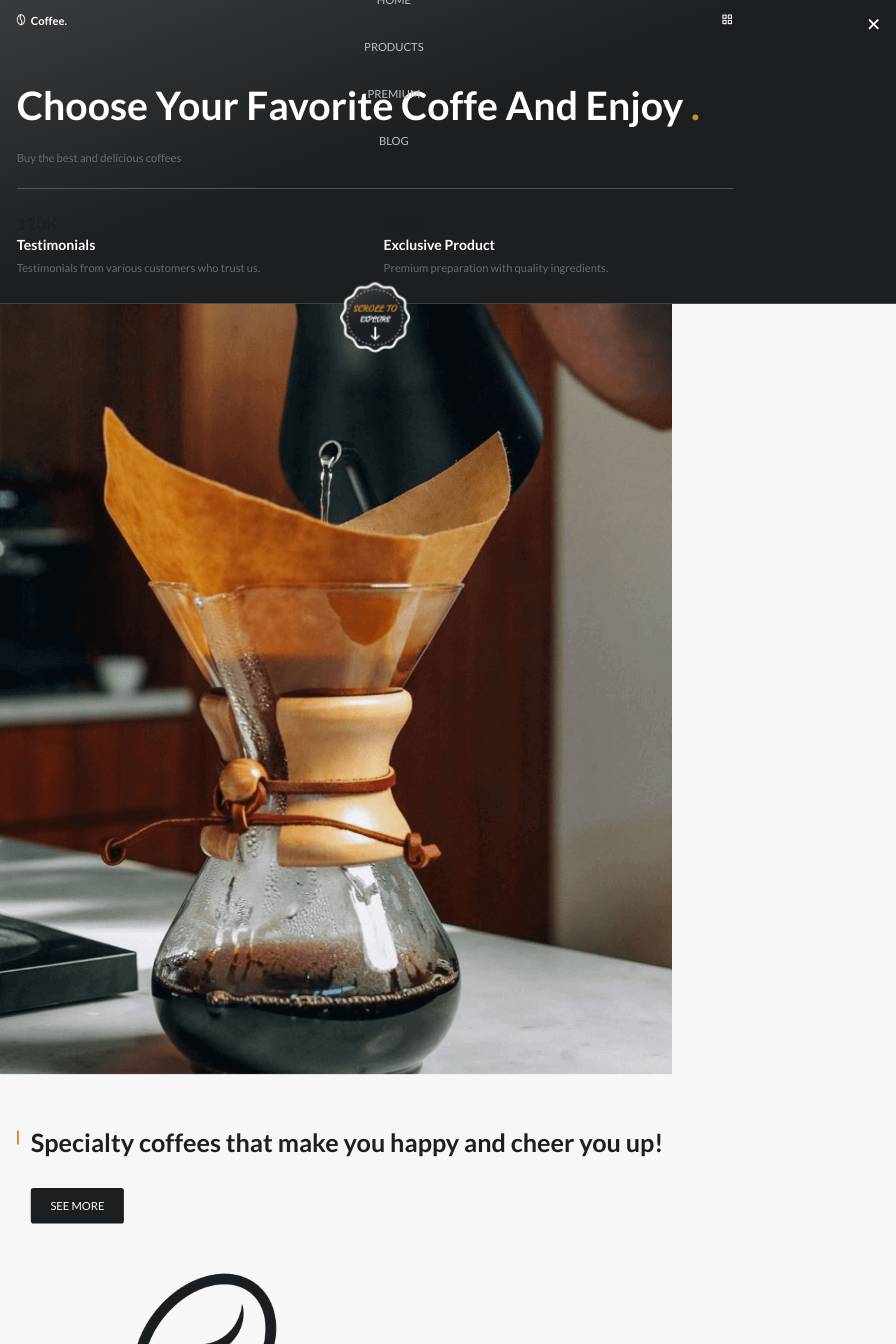
Repository: phong121020/coffee-responsive
Page: index.html
An editor plug-in stored every save of this project. The page is shown before and after the next save, followed by the edit.
The browser window is 1280 px wide. The pictures show the part of the page from y = 0 to 1920 px (the page is 3499 px tall before and 2666 px after), at 70% of full size.

Above is the page before, as saved 2022-03-06 19:00:04.

### index.html
<!DOCTYPE html>
<html lang="en">
  <head>
    <meta charset="UTF-8" />
    <meta http-equiv="X-UA-Compatible" content="IE=edge" />
    <meta name="viewport" content="width=device-width, initial-scale=1.0" />
    <!-- link -->
    <link rel="stylesheet" href="./assets/css/style.css" />
    <!-- favicon -->
    <link
      rel="shortcut icon"
      href="./assets/img/favicon.png"
      type="image/x-icon"
    />
    <title>Document</title>
    <!-- boxicon -->
    <link
      href="https://unpkg.com/boxicons@2.1.1/css/boxicons.min.css"
      rel="stylesheet"
    />
  </head>
  <body>
    <!-- HEADER -->
    <header class="header" id="header">
      <nav class="nav container">
        <a href="#" class="nav__logo">
          <img src="./assets/img/logo.png" alt="" class="nav__logo-img" />
          Coffee.
        </a>
        <div class="nav__menu" id="nav-menu">
          <ul class="nav__list">
            <li class="nav__item">
              <a href="#home" class="nav__link">Home</a>
            </li>
            <li class="nav__item">
              <a href="#products" class="nav__link">Products</a>
            </li>
            <li class="nav__item">
              <a href="#premium" class="nav__link">Premium</a>
            </li>
            <li class="nav__item">
              <a href="#blog" class="nav__link">Blog</a>
            </li>
          </ul>
          <div class="nav__close" id="nav-close">
            <i class="bx bx-x"></i>
          </div>
        </div>
        <!-- Toggle button -->
        <div class="nav__toggle" id="nav-toggle">
          <i class="bx bx-grid-alt"></i>
        </div>
      </nav>
    </header>
    <!-- MAIN -->
    <main>
      <!-- HOME -->
      <section class="home grid" id="home">
        <div class="home__container">
          <div class="home__content container">
            <h1 class="home__title">
              Choose Your Favorite Coffe And Enjoy <span>.</span>
            </h1>
            <p class="home__desc">Buy the best and delicious coffees</p>
            <div class="home__data">
              <div class="home__data-group">
                <h2 class="home__data-number">120K</h2>
                <h3 class="home__data-title">Testimonials</h3>
                <p class="home__data-desc">
                  Testimonials from various customers who trust us.
                </p>
              </div>
              <div class="home__data-group">
                <h2 class="home__data-number">340+</h2>
                <h3 class="home__data-title">Exclusive Product</h3>
                <p class="home__data-desc">
                  Premium preparation with quality ingredients.
                </p>
              </div>
            </div>
            <a href="#specialty">
              <img src="./assets/img/scroll.png" alt="" class="home__scroll" />
            </a>
          </div>
        </div>
        <img src="./assets/img/home.png" alt="" class="home__img" />
      </section>
      <!-- ESPECIALTY-->
      <div class="specialty section container">
        <div class="specialty__container">
          <div class="specialty__box">
            <h2 class="section__title">
              Specialty coffees that make you happy and cheer you up!
            </h2>
            <div>
              <a href="#" class="button specialty__button">See more</a>
            </div>
          </div>
          <div class="specialty__catergory">
            <div class="specialty__group">
              <img
                src="./assets/img/specialty1.png"
                alt=""
                class="specialty__img"
              />
              <h3 class="specialty__title">Selected Coffee</h3>
              <p class="specialty__desc">
                We select the best premium coffee, for a true taste.
              </p>
            </div>
            <div class="specialty__group">
              <img
                src="./assets/img/specialty2.png"
                alt=""
                class="specialty__img"
              />
              <h3 class="specialty__title">Delicious Cookies</h3>
              <p class="specialty__desc">
                Enjoy your coffee with some hot cookies
              </p>
            </div>
            <div class="specialty__group">
              <img
                src="./assets/img/specialty3.png"
                alt=""
                class="specialty__img"
              />
              <h3 class="specialty__title">Enjoy at Home</h3>
              <p class="specialty__desc">
                Enjoy the best coffee in the comfort of your home.
              </p>
            </div>
          </div>
        </div>
      </div>
    </main>
    <!-- JS -->
    <script src="./assets/js/app.js"></script>
  </body>
</html>

### assets/css/style.css
/*=============== GOOGLE FONTS ===============*/
@import url("https://fonts.googleapis.com/css2?family=Lato:wght@400;700&display=swap");

/*=============== VARIABLES CSS ===============*/
:root {
  --header-height: 3.5rem;

  /*========== Colors ==========*/
  --first-color: hsl(36, 72%, 48%);
  --first-color-alt: hsl(36, 72%, 44%);
  --black-color: hsl(206, 12%, 12%);
  --card-color: hsl(0, 0%, 90%);
  --title-color: hsl(206, 12%, 12%);
  --text-color: hsl(206, 4%, 42%);
  --text-color-light: hsl(206, 4%, 75%);
  --body-color: hsl(206, 4%, 97%);
  --container-color: #fff;

  /*========== Font and typography ==========*/
  --body-font: "Lato", sans-serif;
  --biggest-font-size: 2.25rem;
  --h1-font-size: 1.5rem;
  --h2-font-size: 1.25rem;
  --h3-font-size: 1rem;
  --normal-font-size: 0.938rem;
  --small-font-size: 0.813rem;
  --smaller-font-size: 0.75rem;

  /*========== Font weight ==========*/
  --font-bold: 700;

  /*========== z index ==========*/
  --z-tooltip: 10;
  --z-fixed: 100;
}

@media screen and (min-width: 968px) {
  :root {
    --biggest-font-size: 3.5rem;
    --h1-font-size: 2.25rem;
    --h2-font-size: 1.5rem;
    --h3-font-size: 1.25rem;
    --normal-font-size: 1rem;
    --small-font-size: 0.875rem;
    --smaller-font-size: 0.813rem;
  }
}

/*=============== BASE ===============*/
* {
  box-sizing: border-box;
  padding: 0;
  margin: 0;
}

html {
  scroll-behavior: smooth;
}

body {
  font-family: var(--body-font);
  font-size: var(--normal-font-size);
  background-color: var(--body-color);
  color: var(--text-color);
}

h1,
h2,
h3 {
  color: var(--title-color);
  font-weight: var(--font-bold);
}

h1,
h2,
h3,
p {
  line-height: 140%;
}

ul {
  list-style: none;
}

a {
  text-decoration: none;
}

img {
  max-width: 100%;
  height: auto;
}

button {
  border: none;
  outline: none;
  cursor: pointer;
}

/*=============== REUSABLE CSS CLASSES ===============*/
.container {
  max-width: 1024px;
  margin-left: 1.5rem;
  margin-right: 1.5rem;
}

.grid {
  display: grid;
  gap: 1.5rem;
}

.section {
  padding: 4.5rem 0 2rem;
}

.section__title {
  position: relative;
  font-size: var(--h1-font-size);
  padding-left: 1.25rem;
  margin-bottom: 2.5rem;
}

.section__title::before {
  content: "";
  position: absolute;
  top: 8px;
  left: 0;
  width: 3px;
  height: 20px;
  background-color: var(--first-color);
}

/* HEADER & NAV */
.header {
  width: 100%;
  background-color: transparent;
  position: fixed;
  top: 0;
  left: 0;
  right: 0;
  z-index: var(--z-fixed);
}
.nav {
  height: var(--header-height);
  display: flex;
  justify-content: space-between;
  align-items: center;
}
.nav__logo,
.nav__toggle {
  color: #fff;
}
.nav__logo {
  display: flex;
  align-items: center;
  justify-content: center;
  column-gap: 0.5rem;
  font-weight: var(--font-bold);
}
.nav__logo-img {
  width: 0.75rem;
}
.nav__toggle {
  display: inline-flex;
  font-size: 1.15rem;
  cursor: pointer;
}

@media screen and (max-width: 767px) {
  .nav__menu {
    position: fixed;
    top: 0;
    right: -100%;
    background-color: var(--black-color);
    width: 100%;
    height: 100%;
    transition: 0.3s;
  }
  .nav__menu.is-show {
    right: 0;
  }
}
.nav__list {
  display: flex;
  flex-direction: column;
  text-align: center;
  row-gap: 3rem;
  padding-top: 9rem;
}
.nav__link {
  text-transform: uppercase;
  color: var(--text-color-light);
  transition: 0.3s;
}
.nav__link:hover {
  color: #fff;
}
.nav__close {
  font-size: 2rem;
  position: absolute;
  top: 1rem;
  right: 1rem;
  color: #fff;
  cursor: pointer;
}
/* HOME */
.home {
  gap: 0;
}
.home__container {
  padding: 7rem 0 2.5rem;
  background: linear-gradient(
    160deg,
    hsla(206, 4%, 24%, 1) -4%,
    hsla(206, 12%, 12%, 1) 46%
  );
}
.home__content {
  position: relative;
}
.home__title,
.home__data-title {
  color: #fff;
}
.home__title {
  font-size: var(--biggest-font-size);
  margin-bottom: 1.5rem;
}
.home__title span {
  color: var(--first-color);
}
.home__desc {
  margin-bottom: 2rem;
}
.home__data {
  border-top: 1px solid var(--text-color);
  padding-top: 2rem;
  display: grid;
  grid-template-columns: repeat(2, 1fr);
  column-gap: 1.5rem;
}
.home__data-title {
  font-size: var(--h3-font-size);
  margin-bottom: 0.5rem;
}
.home__scroll {
  position: absolute;
  width: 100px;
  bottom: -7rem;
  left: 0;
  right: 0;
  margin: 0 auto;
  animation: scroll 3s infinite;
}
/* SCROLL IMAGE ANIMATE */
@keyframes scroll {
  0% {
    transform: translateY(0);
  }
  50% {
    transform: translateY(-0.5rem);
  }
  100% {
    transform: translateY(0);
  }
}
/* CHANGE BACKGROUND HEADER */
.scroll-header {
  background-color: var(--body-color);
  box-shadow: 0 1px 4px hsla(0, 4%, 15%, 0.1);
}
.scroll-header .nav__logo,
.scroll-header .nav__toggle {
  color: var(--title-color);
}
.scroll-header .nav__logo-img {
  mix-blend-mode: difference;
}

/* BUTTON */
.button {
  display: inline-block;
  background-color: var(--black-color);
  color: #fff;
  padding: 1rem 1.75rem;
  border-radius: 0.25rem;
  font-size: var(--normal-font-size);
  text-transform: uppercase;
}

/* SPECIALTY */
.specialty__button {
  margin-left: 1.25rem;
}
.specialty__catergory {
  margin-top: 4rem;
  display: grid;
}

### assets/js/app.js
// SHOW MENU
const navToggle = document.querySelector(".nav__toggle");
const navMenu = document.querySelector(".nav__menu");
const navClose = document.querySelector(".nav__close");
const navItem = document.querySelectorAll(".nav__item");
// MENU SHOW
if (navToggle) {
  navToggle.addEventListener("click", function () {
    navMenu.classList.add("is-show");
  });
}
//  MENU HIDDEN
if (navClose) {
  navClose.addEventListener("click", function () {
    navMenu.classList.remove("is-show");
  });
}
// REMOVE MENU MOBILE
[...navItem].forEach((item) =>
  item.addEventListener("click", function () {
    navMenu.classList.remove("is-show");
  })
);
//CHANGE BACKGROUND HEADER
function scrollHeader() {
  const header = document.getElementById("header");
  // When the scroll is greater than 50 viewport height, add the scroll-header class to the header tag
  if (this.scrollY >= 50) {
    header.classList.add("scroll-header");
    // console.log(this);
  } else header.classList.remove("scroll-header");
}
window.addEventListener("scroll", scrollHeader);

After the next save:
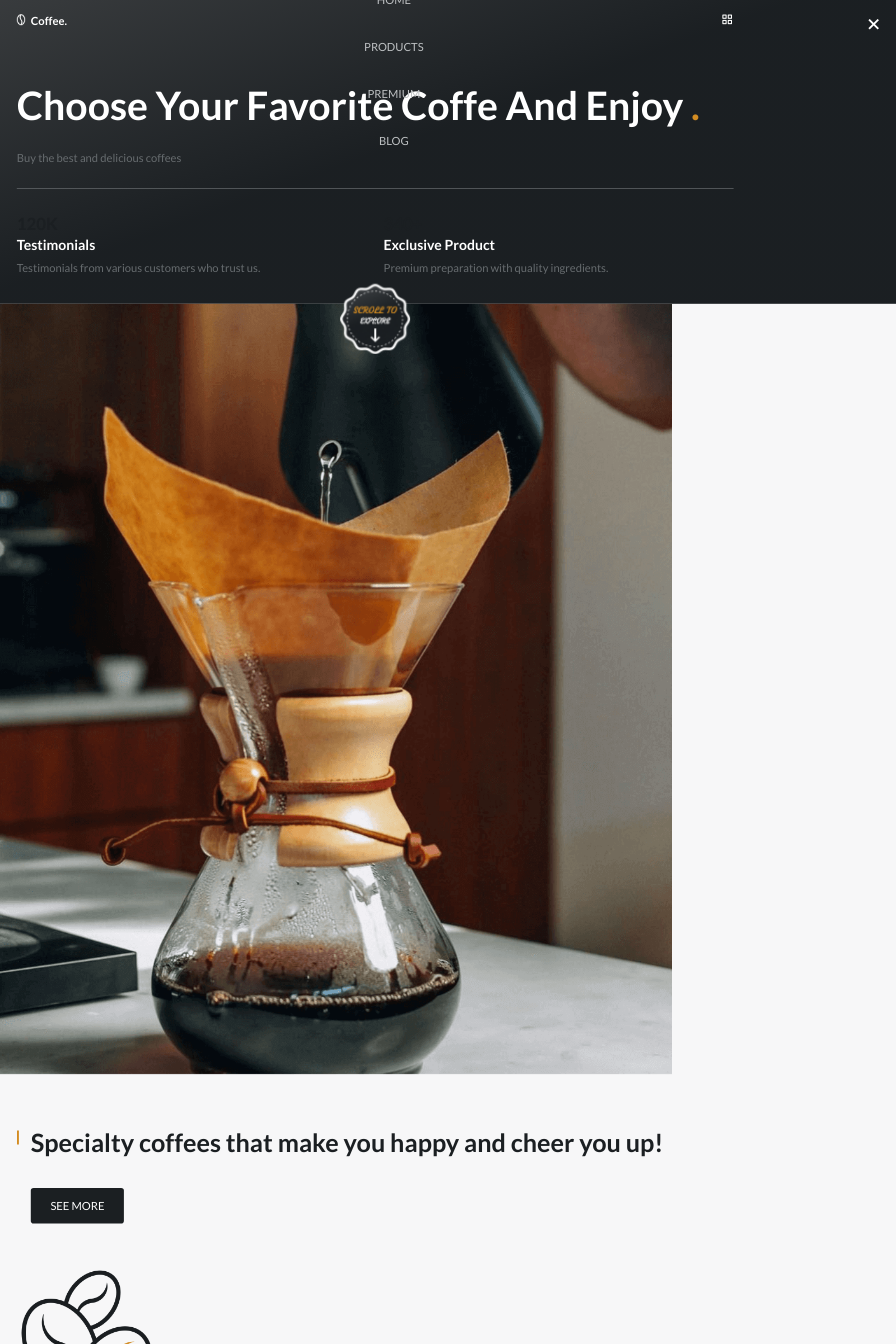
Saved 16 s later.
--- a/assets/css/style.css
+++ b/assets/css/style.css
@@ -295,4 +295,5 @@ button {
 .specialty__catergory {
   margin-top: 4rem;
   display: grid;
-}
+  grid-template-columns: 200px;
+}
